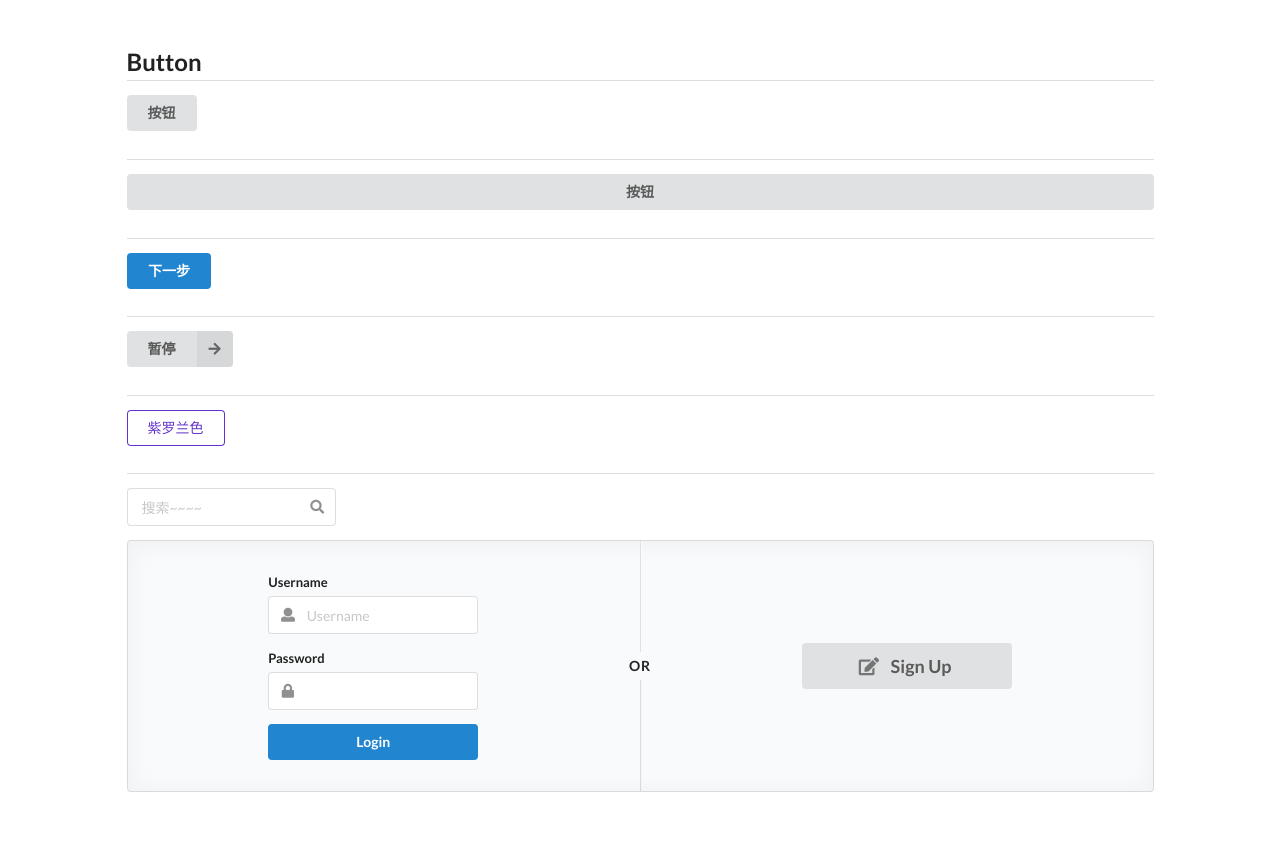
Repository: GOGOHQ/myblog
Page: index.html
The author's editor kept a copy of each file at every save. The page is drawn from the files as they stood at one save, then again after the next save.
The browser window is 1280 px wide. The pictures show the whole page.
Some web libraries are served in a nearby version.

Above is the page before, as saved 2020-01-16 14:24:52.

After the next save:
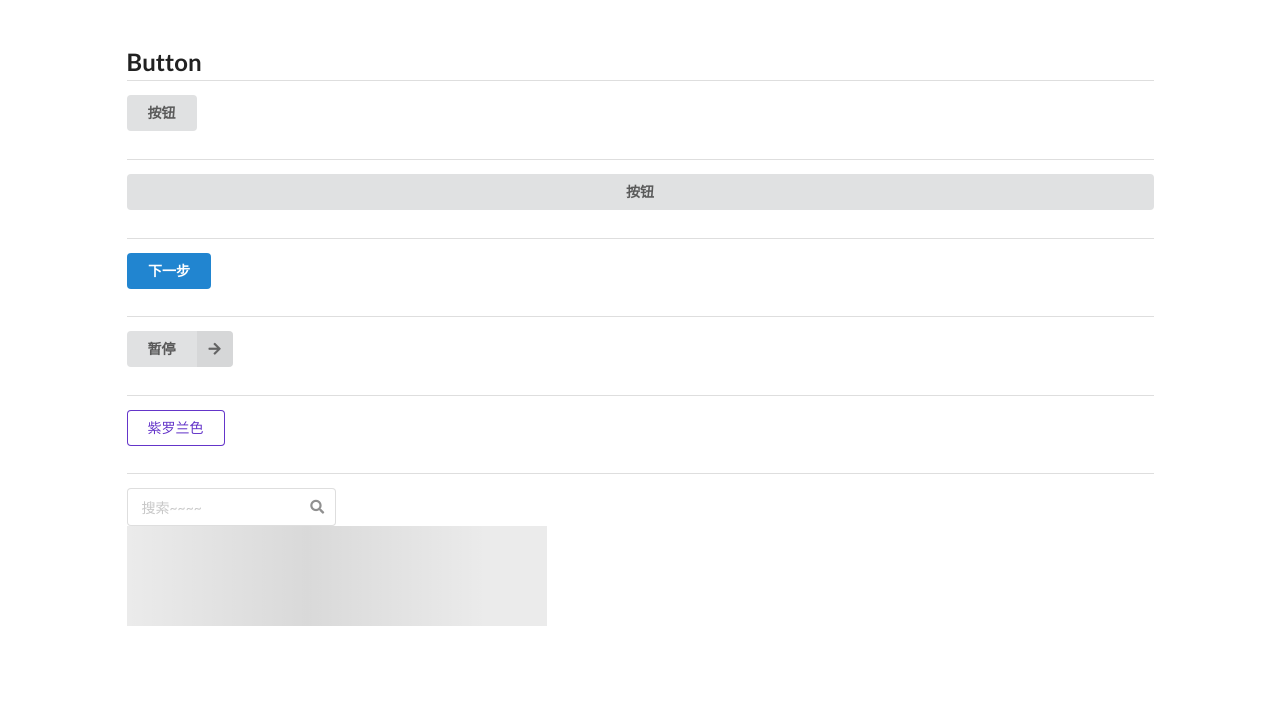
Saved 7 min 1 s later.
--- a/index.html
+++ b/index.html
@@ -42,36 +42,8 @@
         <input type="text" placeholder="搜索~~~~">
         <i class=" search link icon"></i>
     </div>
-    <div class="ui placeholder segment">
-        <div class="ui two column very relaxed stackable grid">
-            <div class="column">
-                <div class="ui form">
-                    <div class="field">
-                        <label>Username</label>
-                        <div class="ui left icon input">
-                            <input type="text" placeholder="Username">
-                            <i class="user icon"></i>
-                        </div>
-                    </div>
-                    <div class="field">
-                        <label>Password</label>
-                        <div class="ui left icon input">
-                            <input type="password">
-                            <i class="lock icon"></i>
-                        </div>
-                    </div>
-                    <div class="ui blue submit button">Login</div>
-                </div>
-            </div>
-            <div class="middle aligned column">
-                <div class="ui big button">
-                    <i class="signup icon"></i> Sign Up
-                </div>
-            </div>
-        </div>
-        <div class="ui vertical divider">
-            Or
-        </div>
+    <div class="ui placeholder">
+        <div class="image"></div>
     </div>
 
 </div>
